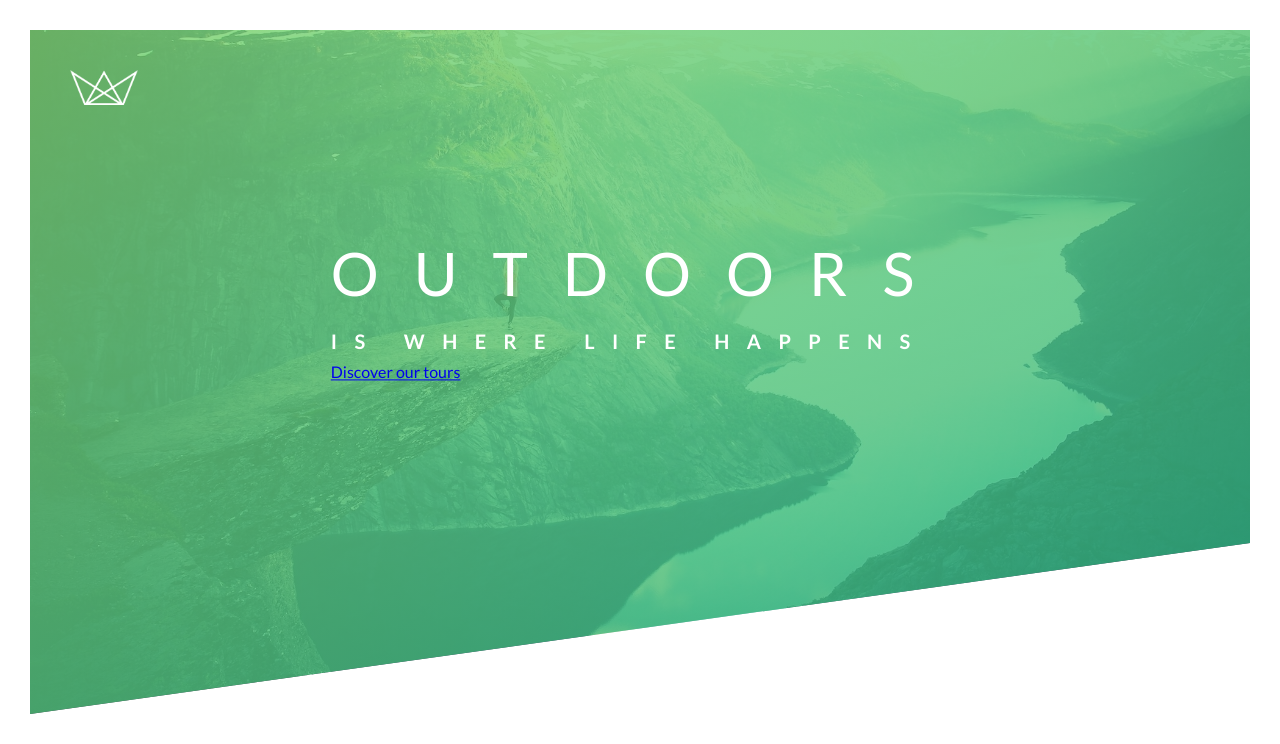
Repository: taivuong95/natours-fe
Page: index.html
An editor plug-in stored every save of this project. The page is shown before and after the next save, followed by the edit.
The browser window is 1280 px wide. The pictures show the whole page.

Above is the page before, as saved 2020-12-09 16:07:13.

After the next save:
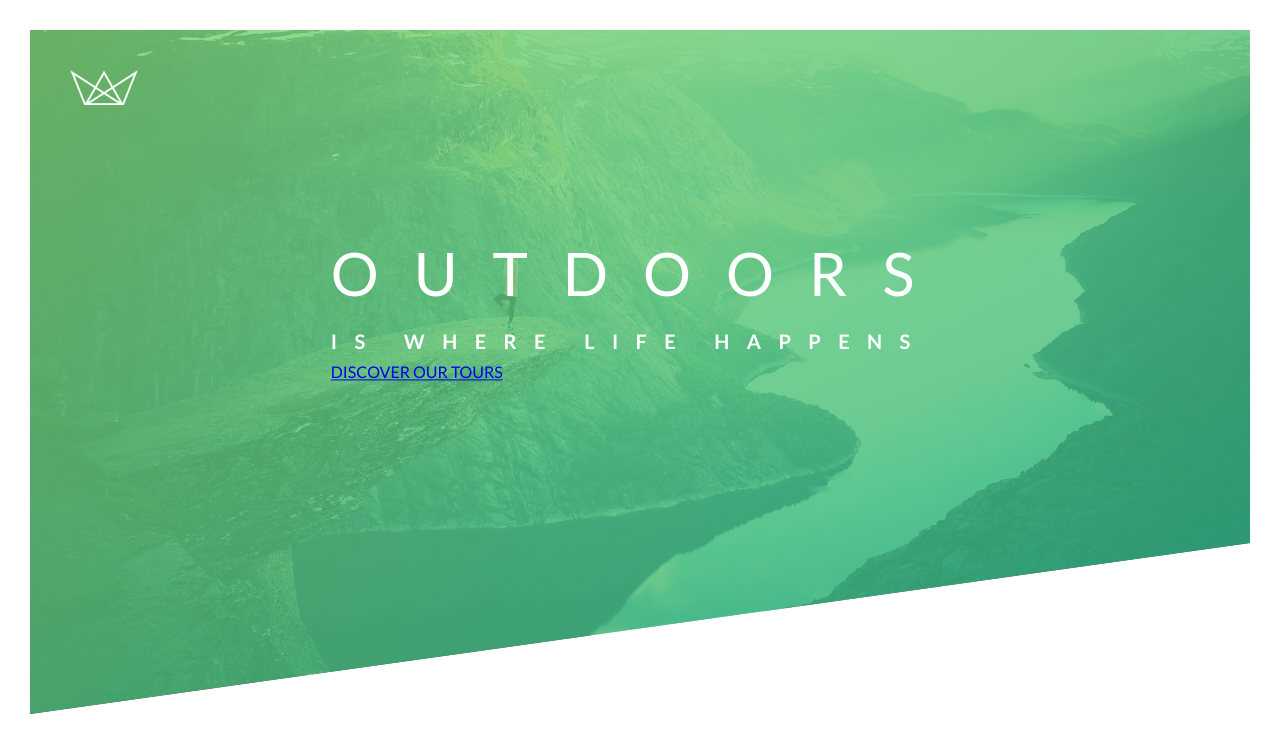
Saved 2 min 2 s later.
--- a/css/style.css
+++ b/css/style.css
@@ -110,3 +110,8 @@ body {
     transform: translate(0);
   }
 }
+
+.btn:link,
+.btn:visited {
+  text-transform: uppercase;
+}
